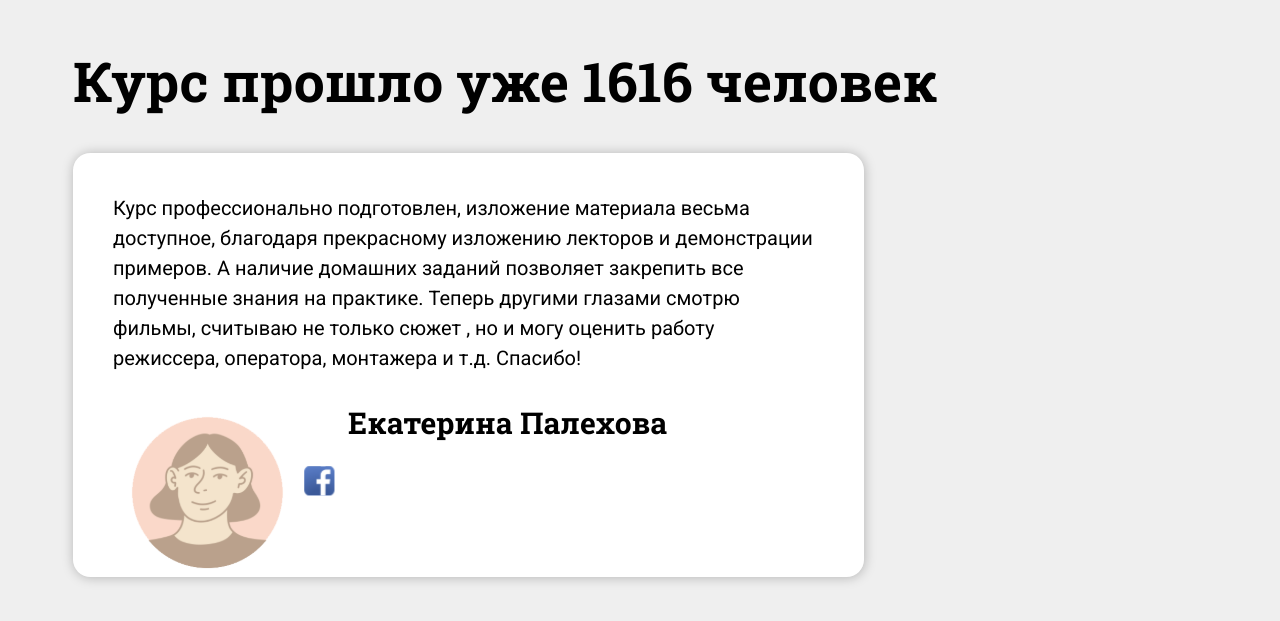
Repository: Solf555/task1
Page: index.html
The author's editor kept a copy of each file at every save. The page is drawn from the files as they stood at one save, then again after the next save.
The browser window is 1280 px wide. The pictures show the whole page.

Above is the page before, as saved 2023-12-16 13:25:43.

After the next save:
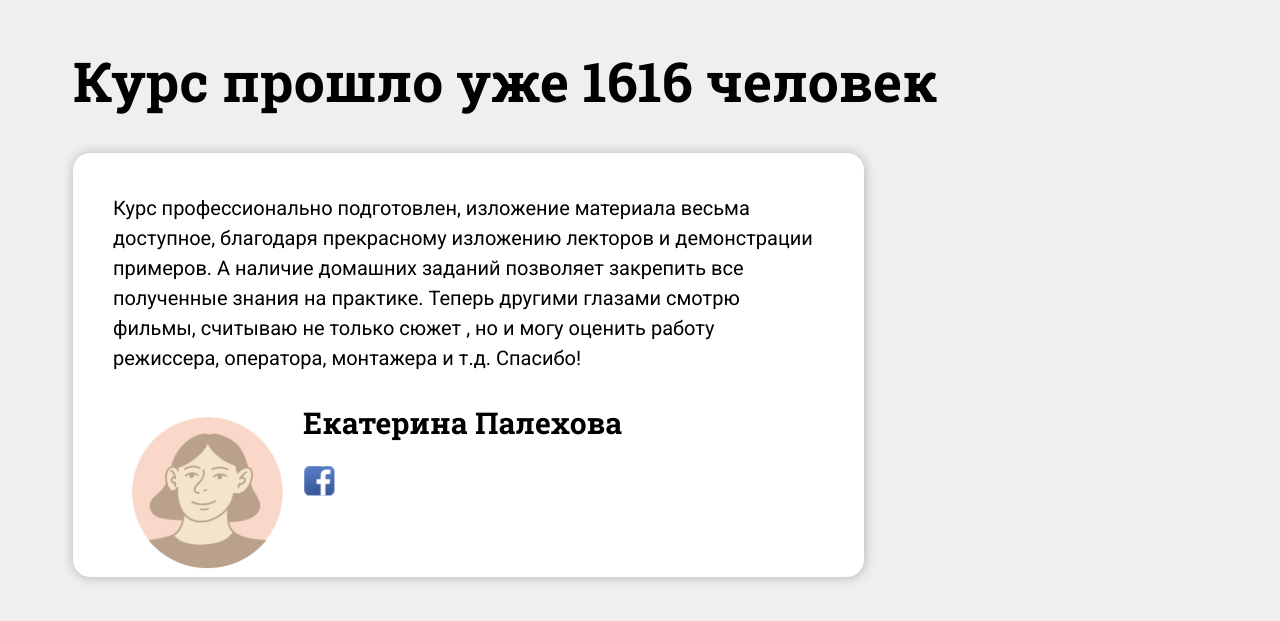
Saved 12 s later.
--- a/index.css
+++ b/index.css
@@ -59,7 +59,7 @@
   font-style: normal;
   font-weight: 700;
   line-height: 101.385%; /* 30.415px */
-  margin-left: 45px;
+  /* margin-left: 45px; */
   margin-bottom: 28px;
 }
 

After the save that followed:
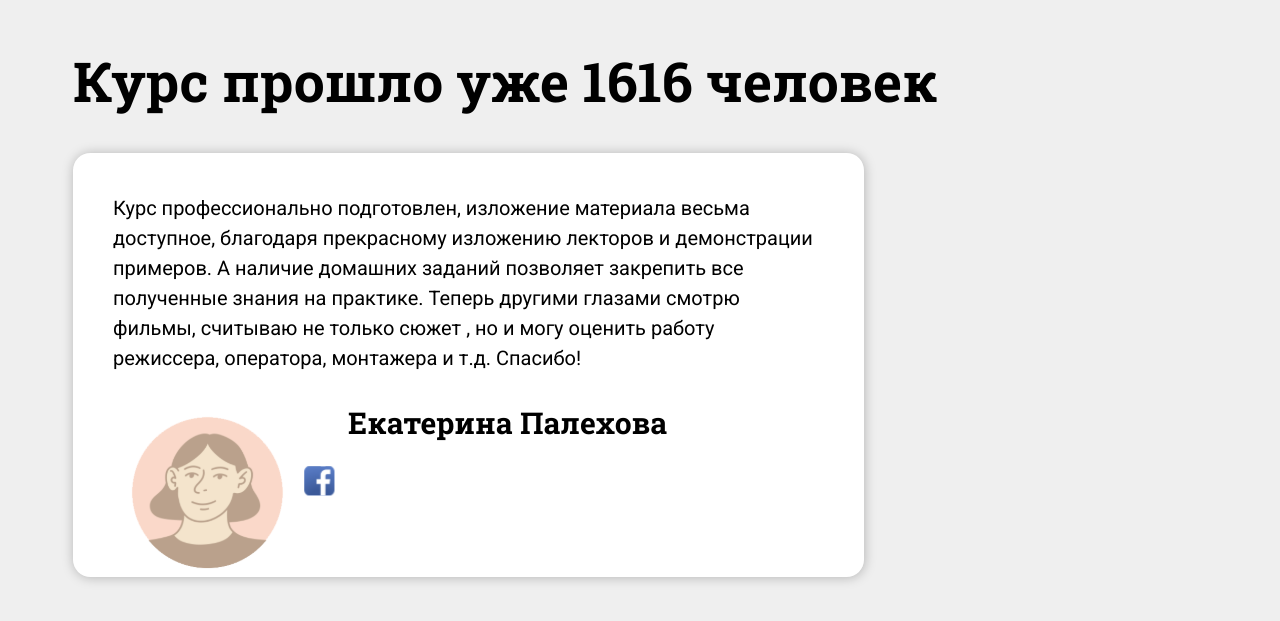
Saved 8 s later.
--- a/index.css
+++ b/index.css
@@ -59,7 +59,7 @@
   font-style: normal;
   font-weight: 700;
   line-height: 101.385%; /* 30.415px */
-  /* margin-left: 45px; */
+  margin-left: 45px;
   margin-bottom: 28px;
 }
 
